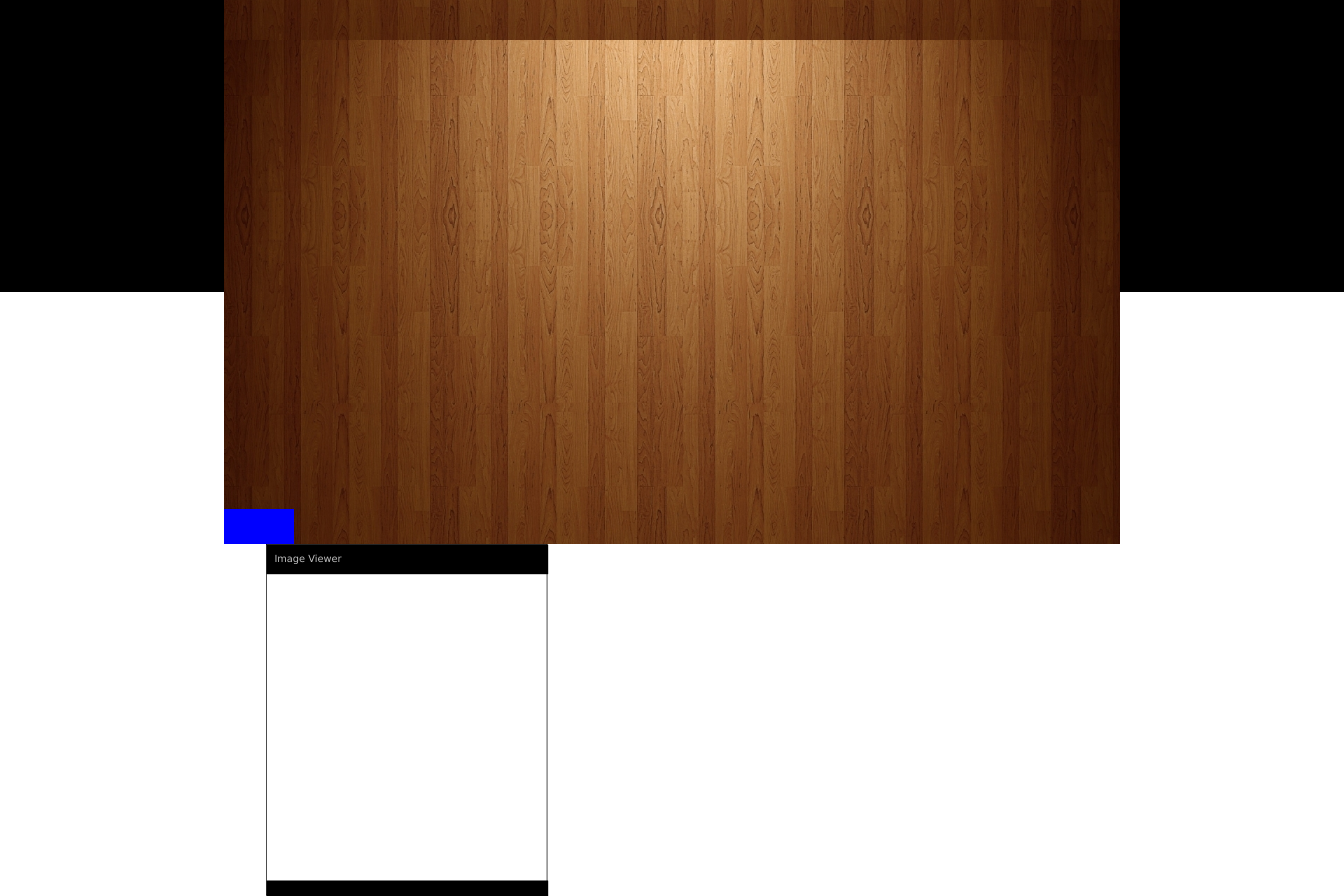
Repository: pe22dw/1dv403-laborationer
Page: 5-pwd/index.html
The author's editor kept a record of every edit. The page is drawn from the files as they stood at one moment, then again after the next edit.
The browser window is 1280 px wide. The page is 1920 px wide, so the pictures cover 1920 px, including what lies to the right of the window. The pictures show the part of the page from y = 713 to 1993 px (the page is 1993 px tall before and 1490 px after), at 70% of full size.

Above is the page before.

After the next edit:
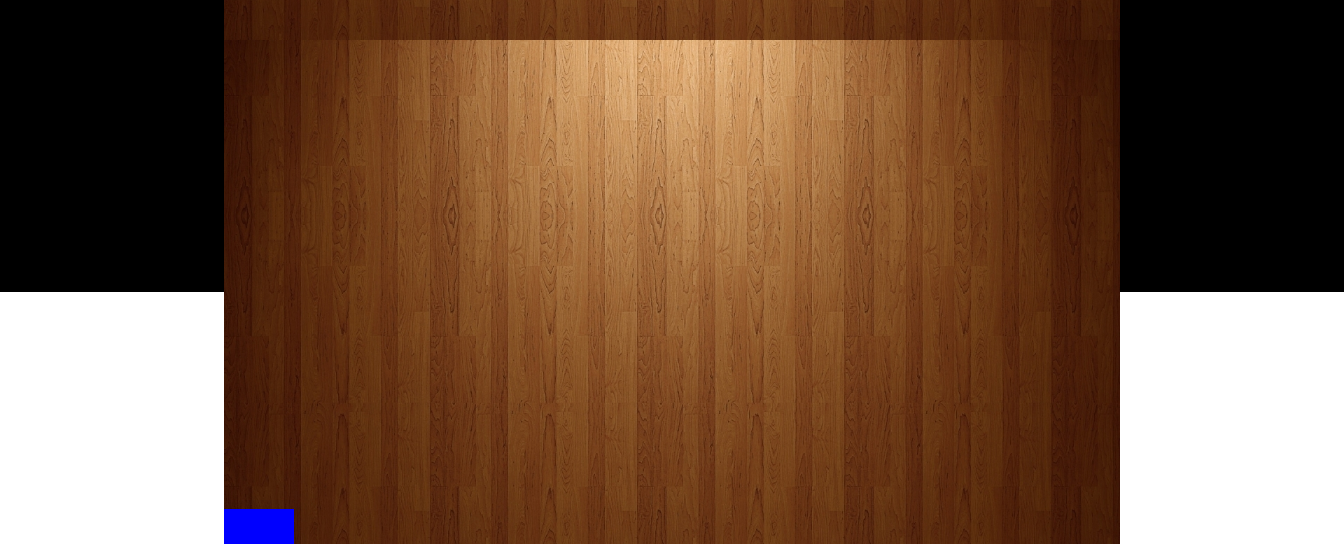
The edit:
--- a/5-pwd/script/desktop.js
+++ b/5-pwd/script/desktop.js
@@ -21,7 +21,8 @@
 
       myContainer.appendChild(myDesktop);
 
-      Desktop.openWindow(myDesktop);
+      myButton.addEventListener("click", function() {
+        Desktop.openWindow(myDesktop)}, false);
     },
 
     openWindow: function(myDesktop) {
